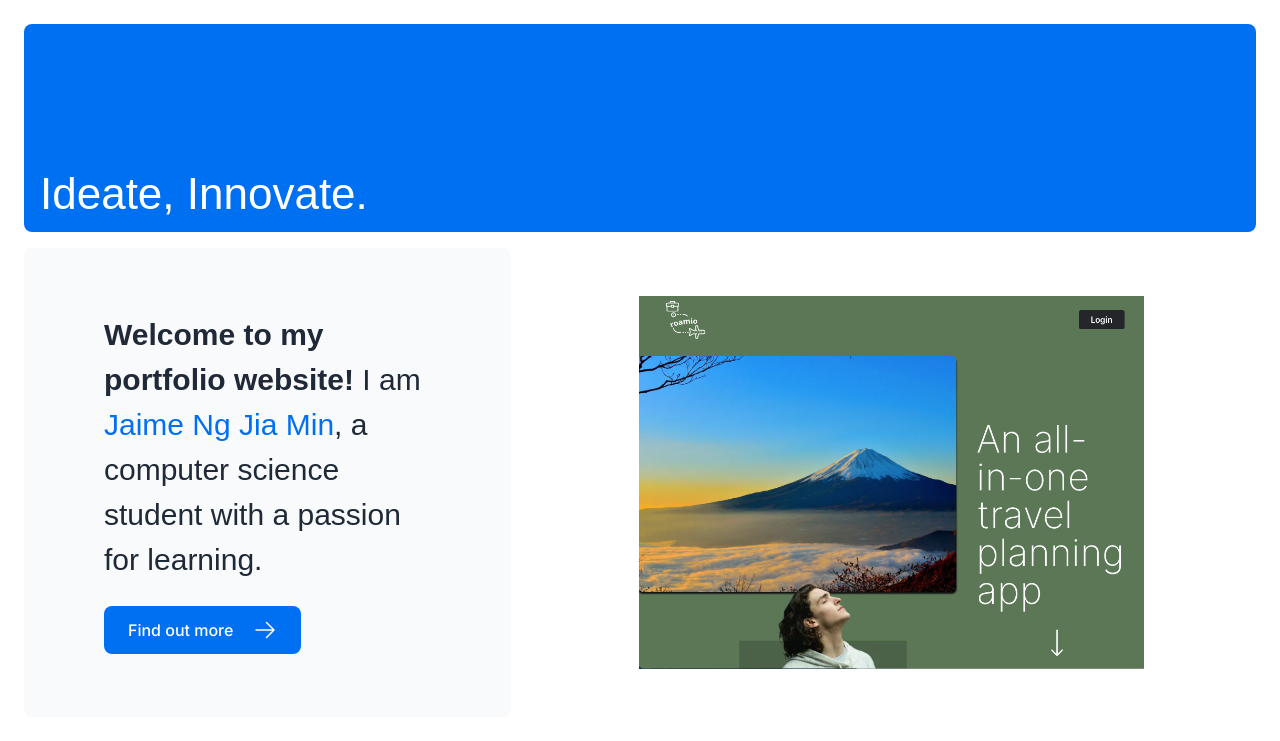
Repository: ThatGirlJam/jaime-portfolio
Page: /
An editor plug-in stored every save of this project. The page is shown before and after the next save, followed by the edit.
The browser window is 1280 px wide. The pictures show the whole page.
Some web fonts or font styles are not loaded; a fallback is used. The project was rebuilt for these pictures with package versions that can differ from the ones it lists, and the page was loaded fresh each time. The framework's server and built-in components were replaced by stand-ins that run in the browser. Also part of the build but not shown: next.config.js.

Above is the page before, as saved 2024-04-09 21:16:41.

After the next save:
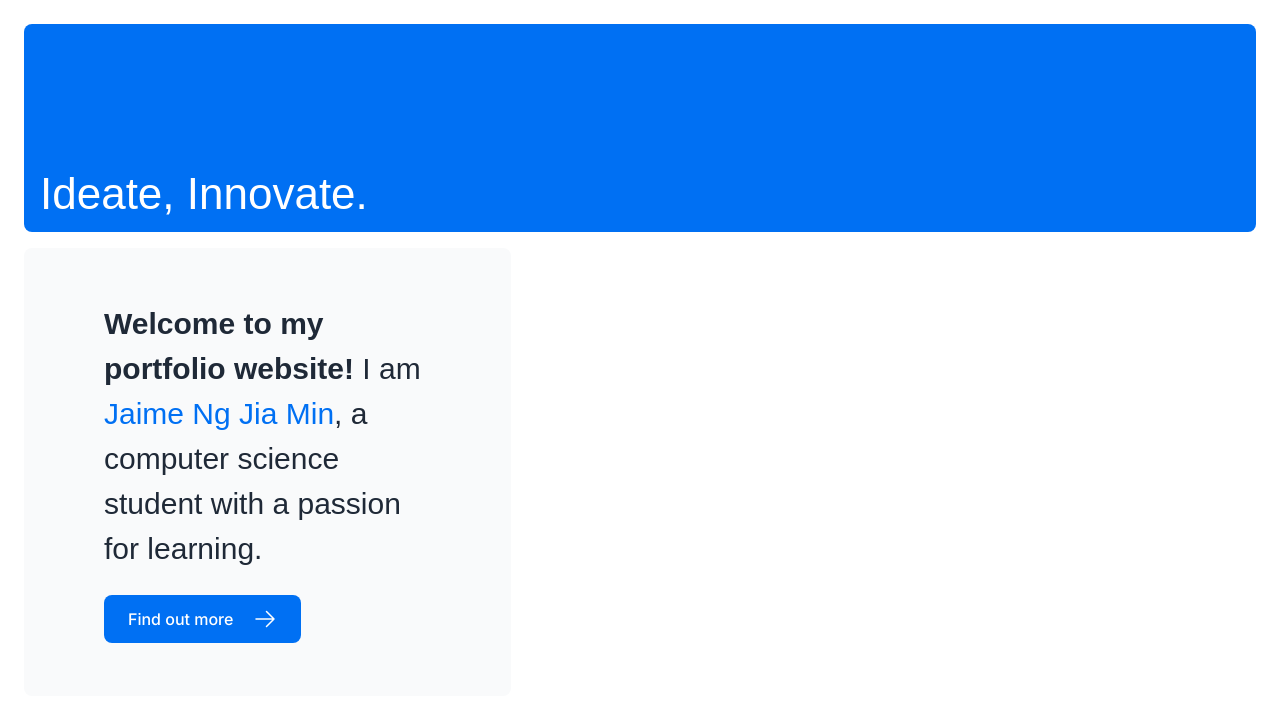
Saved 6 s later.
--- a/app/page.tsx
+++ b/app/page.tsx
@@ -38,7 +38,7 @@
             src="/hero-desktop-roamio.png"
             width={961}
             height={710}
-            className="border-round hidden md:block"
+            className="border-round hidden"
             alt="Screenshots of the dashboard project showing desktop version"
           />
           <Image

After the save that followed:
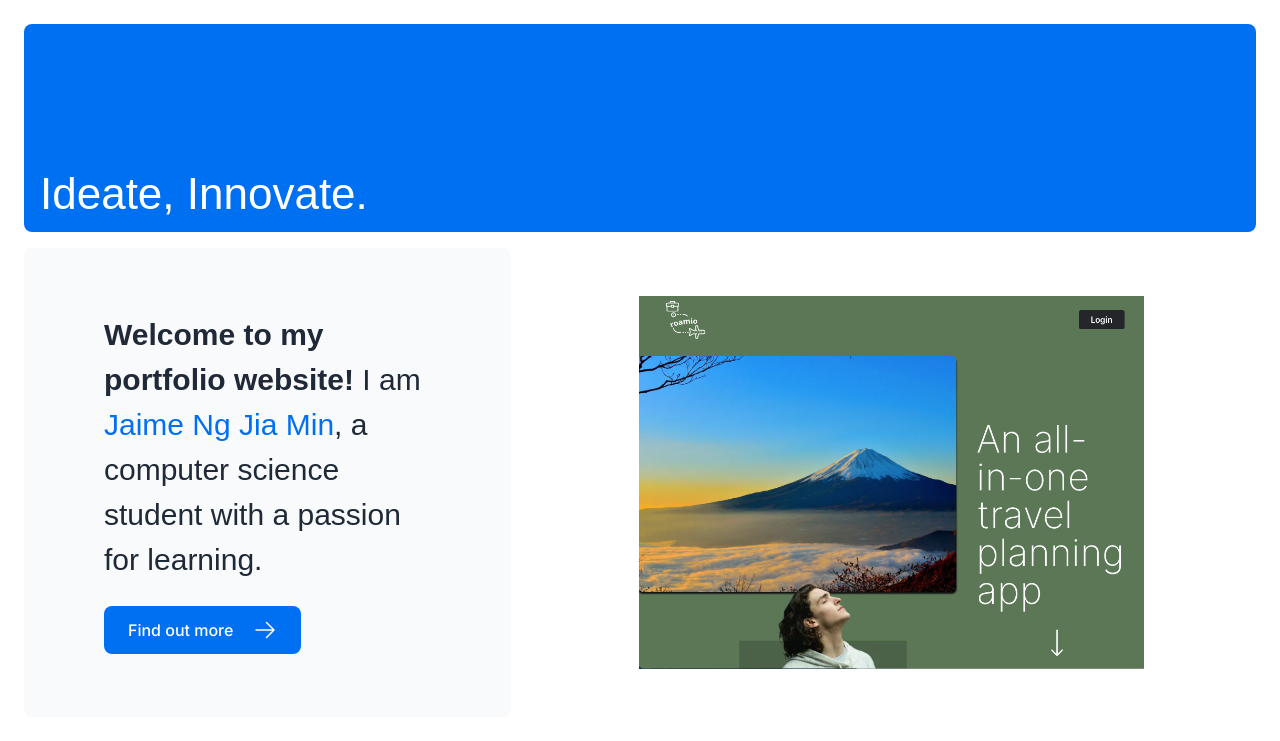
Saved 9 s later.
--- a/app/page.tsx
+++ b/app/page.tsx
@@ -38,7 +38,7 @@
             src="/hero-desktop-roamio.png"
             width={961}
             height={710}
-            className="border-round hidden"
+            className="hidden md:block"
             alt="Screenshots of the dashboard project showing desktop version"
           />
           <Image
